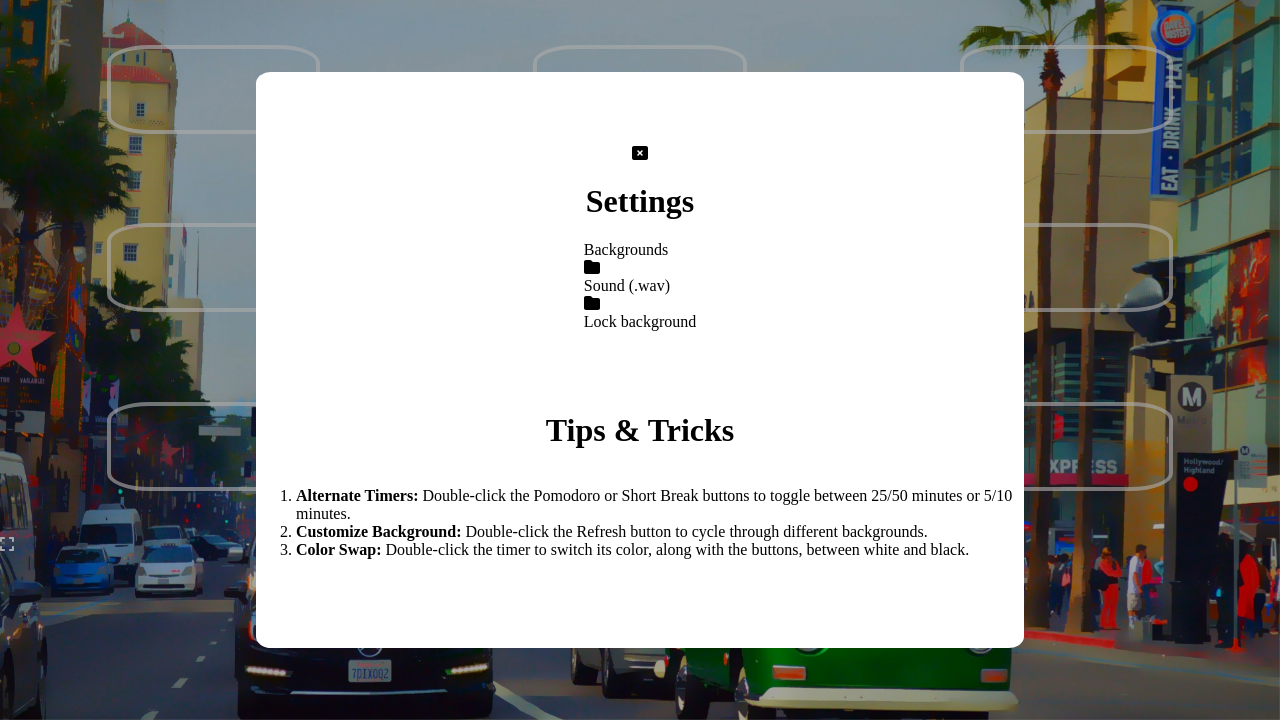
Repository: ttommytan/pomodoro
Page: /, after clicking the first element matching `svg.fa-gear`
An editor plug-in stored every save of this project. The page is shown before and after a run of saves, followed by the edit.
The browser window is 1280 px wide. The pictures show the whole page.
The project was rebuilt for these pictures with package versions that can differ from the ones it lists, and the page was loaded fresh each time. Also part of the build but not shown: vite.config.js, src/components/Test.jsx, src/components/SliderComponent.jsx. Imported but missing from the stored project, and not drawn on this page: src/assets/chime.wav.

Above is the page before, as saved 2024-08-27 11:13:43.

### index.html
<!doctype html>
<html lang="en">
  <head>
    <meta charset="UTF-8" />
    <link rel="icon" type="image/svg+xml" href="/vite.svg" />
    <meta name="viewport" content="width=device-width, initial-scale=1.0" />
    <title>Pomodoro Timer</title>
    <link rel="preconnect" href="https://fonts.googleapis.com">
    <link rel="preconnect" href="https://fonts.gstatic.com" crossorigin>
    <link href="https://fonts.googleapis.com/css2?family=Space+Grotesk:wght@300..700&display=swap" rel="stylesheet">
  </head>
  <body>
    <div id="root"></div>

    <script type="module" src="/src/main.jsx"></script>
  </body>
</html>

### src/App.jsx
import { useState } from 'react'
import Test from './components/Test'
import Countdown from './components/Countdown'
import SliderComponent from './components/SliderComponent'

function App() {
  const [count, setCount] = useState(0)

  return (
    <>

    <div className=''>
        <Countdown givenTime={1500}/>
    </div>
    </>
  )
}

export default App

### src/index.css
.big-container {
  top: 0;
  left: 0;
  width: 100%;
  height: 100%;
  position: absolute;
  display: grid;
  overflow: hidden;
  margin: 0;
  padding: 0;
  background-size: cover;
  background-repeat: no-repeat;
  background-attachment: fixed;
  background-position: center;

  grid-template-areas: "top-left top-mid top-right"
                       "mid-left mid-mid mid-right"
                       "bot-left bot-mid bot-right";
}

.containers-top-left, .containers-top-mid, .containers-top-right,
.containers-mid-left, .containers-mid-mid, .containers-mid-right,
.containers-bot-left, .containers-bot-mid, .containers-bot-right {
  width:500px;
  height: 300px;
  font-family: "Space Grotesk", sans-serif;
  font-weight: 400;
  display: flex;
  flex-direction: column;
  justify-content: space-evenly;
  align-items: center;
  position: absolute;
  top: 50%;
  left: 50%;
  transform: translate(-50%, -50%);
  padding: 10px;
  user-select: none;
  -moz-user-select: none;
  -khtml-user-select: none;
  -webkit-user-select: none;
  -o-user-select: none;
  z-index: 2;
}

.containers-top-left:hover, .containers-top-mid:hover, .containers-top-right:hover,
.containers-mid-left:hover, .containers-mid-mid:hover, .containers-mid-right:hover,
.containers-bot-left:hover, .containers-bot-mid:hover, .containers-bot-right:hover
{
  cursor: pointer;
}
.containers-top-left{
  grid-area: top-left;
  padding-top: 10%;
}
.containers-top-mid {
  grid-area: top-mid;
  padding-top: 10%;
}
.containers-top-right {
  grid-area: top-right;
  padding-top: 10%;
}

.containers-mid-left {
  grid-area: mid-left;
}
.containers-mid-mid {
  grid-area: mid-mid;
}
.containers-mid-right {
  grid-area: mid-right;
}


.containers-bot-left {
  grid-area: bot-left;
  padding-bottom: 10%;
}
.containers-bot-mid {
  grid-area: bot-mid;
  padding-bottom: 10%;
}
.containers-bot-right {
  grid-area: bot-right;
  padding-bottom: 10%;
}

.top-left, .top-mid, .top-right,
.mid-left, .mid-mid, .mid-right,
.bot-left, .bot-mid, .bot-right{
  height: 50%;
  width: 50%;
  margin:auto;
  border-radius: 20%;
  border: rgba(255, 255, 255, 0.637) .3em solid;
  opacity: 1;
  background-color: rgba(0, 0, 0, 0);
}

.top-left:hover, .top-mid:hover, .top-right:hover,
.mid-left:hover, .mid-mid:hover, .mid-right:hover,
.bot-left:hover, .bot-mid:hover, .bot-right:hover{
  opacity: 1;
}

.top-leftblack, .top-midblack, .top-rightblack,
.mid-leftblack, .mid-midblack, .mid-rightblack,
.bot-leftblack, .bot-midblack, .bot-rightblack{
  height: 50%;
  width: 50%;
  margin:auto;
  border-radius: 20%;
  border: rgba(0, 0, 0, 0.637) .3em solid;
  opacity: 0;
  background-color: rgba(0, 0, 0, 0);
}

.top-leftblack:hover, .top-midblack:hover, .top-rightblack:hover,
.mid-leftblack:hover, .mid-midblack:hover, .mid-rightblack:hover,
.bot-leftblack:hover, .bot-midblack:hover, .bot-rightblack:hover{
  opacity: 1;
}

.top-left {grid-area: top-left;}
.top-mid {grid-area: top-mid;}
.top-right {grid-area: top-right;}

.mid-left {grid-area: mid-left;}
.mid-mid {grid-area: mid-mid;}
.mid-right {grid-area: mid-right;}

.bot-left {grid-area: bot-left;}
.bot-mid {grid-area: bot-mid;}
.bot-right {grid-area: bot-right;}





.inner-element {
  font-size: 80px;
  flex-wrap: wrap;
  text-align: center;
  margin:0;

}


.time {
  margin: 0;
  color: white;
}

.timeblack {
  margin: 0;
  color: black;
}


.buttons, .buttonsactive, .pause-button {
  margin: 0 5px; /* Add some space between buttons */
  cursor: pointer;
  color: white;
  border-radius: 30px;
  width: 124px;
  height: 42px;
  font-size: 18px;
  box-shadow: none;
  border: solid white;
  background-color: rgba(255, 255, 255, 0);
  font-weight: 600;

}

.buttonsactive{
  background-color: white;
  color: black;
}
.buttons:hover{
  background-color: white;
  color: black
}
.pause-button:hover{
  background-color: rgba(255, 255, 255, 0);
  color: white;
}

.buttonsblack, .buttonsactiveblack, .pause-buttonblack {
  margin: 0 5px; /* Add some space between buttons */
  cursor: pointer;
  color: black;
  border-radius: 30px;
  width: 124px;
  height: 42px;
  font-size: 18px;
  box-shadow: none;
  border: solid black;
  background-color: rgba(255, 255, 255, 0);
  font-weight: 600;

}
.buttonsactiveblack{
  background-color: black;
  color: white;
}
.buttonsblack:hover{
  background-color: black;
  color: white
}

.pause-buttonblack:hover{
  background-color: rgba(255, 255, 255, 0);
  color: black;
}

.pause-button {
  width: 100px;
  background-color: white;
  color: black
}

.pause-buttonblack {
  width: 100px;
  background-color: black;
  color: white
}


.bg-img{
  width: 100%;
  height: 100%;
  display: block;
}


.top-buttons {
  transition: opacity .8s ease-in-out;
  opacity: 1;
}

.top-buttonshide {
  opacity: 0;
  transition: opacity .8s ease-in-out;
}




.slider-container {
  max-width: 600px;
  margin: auto;
}

.slide {
  padding: 20px;
  font-size: 18px;
  text-align: center;
}

.slick-dots li button:before {
  font-size: 12px;
  color: blue; /* Change this to the color you prefer */
}

.slick-dots li.slick-active button:before {
  color: red !important; /* Change this to the color you prefer */
}

.slick-prev:before,
.slick-next:before {
  color: black; /* Change this to the color you prefer */
}

.top-right{
  position: relative;
}

.settings{
  grid-area: top-right;
  width: 45px;
  height: 45px;
  margin: auto;
  z-index: 1;
}

.outer-popup{
  position: fixed;
  top: 0;
  left: 0;
  width: 100%;
  height: 100vh;
  display: flex;
  justify-content: center;
  align-items: center;
  background-color: rgba(0, 0, 0, 0.332);
  z-index: 1000;
}

.inner-popup {
  background-color: rgb(255, 255, 255);
  width: 60%;
  height: 80%;
  display: flex;
  flex-direction: column;
  justify-content: center;
  align-items: center;
  border-radius: 2%;
  z-index: 1001;
}

Loaded but not shown: src/main.jsx (common file); src/components/Countdown.jsx (615 lines, source omitted)

After the next 3 saves:
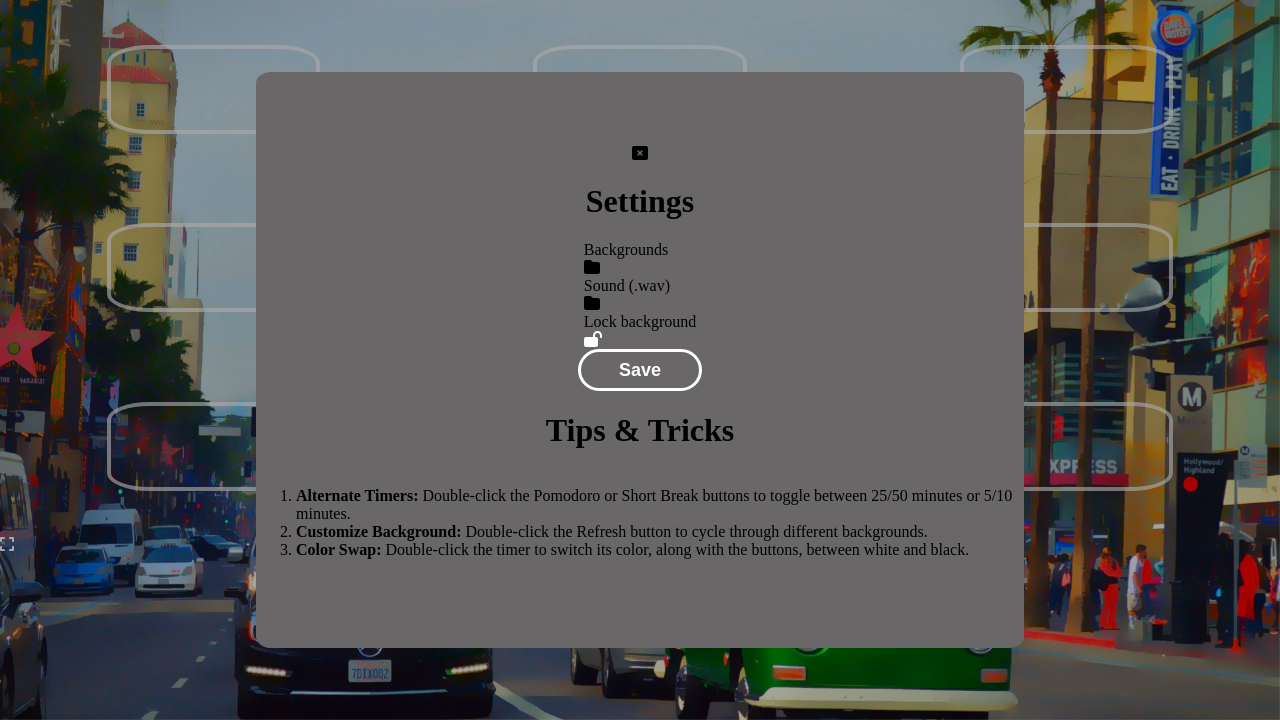
The 3 saves are shown as one change because they came seconds apart.
The last was saved 20 s later.
--- a/src/index.css
+++ b/src/index.css
@@ -297,7 +297,7 @@
 }
 
 .inner-popup {
-  background-color: rgb(255, 255, 255);
+  background-color: rgb(105, 103, 103);
   width: 60%;
   height: 80%;
   display: flex;
